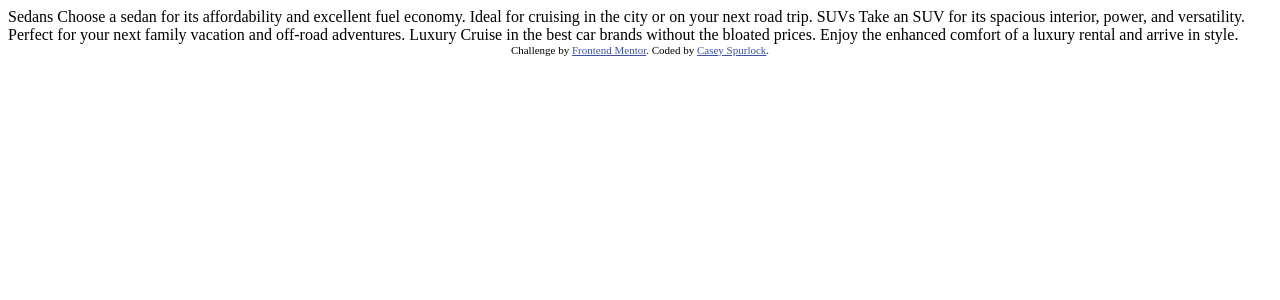
Repository: CaseySpurlock/3-column-preview-card-component-main
Page: index.html
These files come from the project's save history. The page is drawn as it stood at one moment and after the next save; the edit follows.
The browser window is 1280 px wide. The pictures show the whole page.

Above is the page before, as saved 2021-06-23 09:59:06.

### index.html
<!DOCTYPE html>
<html lang="en">
<head>
  <meta charset="UTF-8">
  <meta name="viewport" content="width=device-width, initial-scale=1.0"> <!-- displays site properly based on user's device -->

  <link rel="icon" type="image/png" sizes="32x32" href="./images/favicon-32x32.png">

  <title>Frontend Mentor | 3-column preview card component</title>

  <link rel="stylesheet" href="style.css">
</head>
<body>

  Sedans
  Choose a sedan for its affordability and excellent fuel economy. Ideal for cruising in the city
  or on your next road trip.

  SUVs
  Take an SUV for its spacious interior, power, and versatility. Perfect for your next family vacation
  and off-road adventures.

  Luxury
  Cruise in the best car brands without the bloated prices. Enjoy the enhanced comfort of a luxury
  rental and arrive in style.

  <div class="attribution">
    Challenge by <a href="https://www.frontendmentor.io?ref=challenge" target="_blank">Frontend Mentor</a>.
    Coded by <a href="https://csgc86.myportfolio.com/">Casey Spurlock</a>.
  </div>
</body>
</html>

### style.css
.attribution {
    font-size: 11px;
    text-align: center;
}

.attribution a {
    color: hsl(228, 45%, 44%);
}

After the next save:
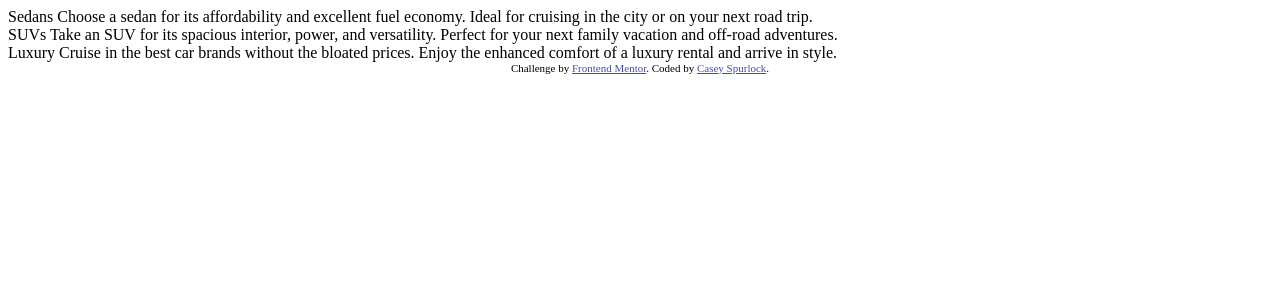
Saved 104 s later.
--- a/index.html
+++ b/index.html
@@ -12,17 +12,25 @@
 </head>
 <body>
 
-  Sedans
-  Choose a sedan for its affordability and excellent fuel economy. Ideal for cruising in the city
-  or on your next road trip.
+  <div class="container">
+   <div class="card">
+    Sedans
+    Choose a sedan for its affordability and excellent fuel economy. Ideal for cruising in the city
+    or on your next road trip.
+   </div>
 
+<div class="card">
   SUVs
   Take an SUV for its spacious interior, power, and versatility. Perfect for your next family vacation
   and off-road adventures.
+</div>
 
-  Luxury
+  <div class="card">
+    Luxury
   Cruise in the best car brands without the bloated prices. Enjoy the enhanced comfort of a luxury
   rental and arrive in style.
+  </div>
+  </div>
 
   <div class="attribution">
     Challenge by <a href="https://www.frontendmentor.io?ref=challenge" target="_blank">Frontend Mentor</a>.
